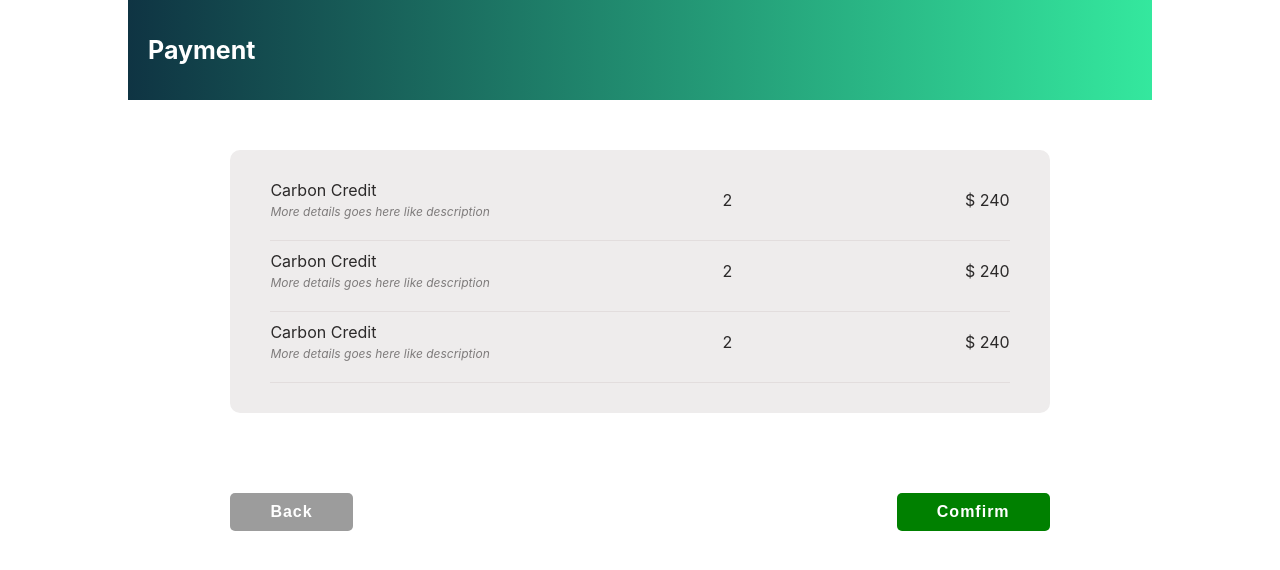
Repository: Yowani24/ecocarbon
Page: /payment
The author's editor kept a copy of each file at every save. The page is drawn from the files as they stood at one save, then again after the next save.
The browser window is 1280 px wide. The pictures show the whole page.
The project was rebuilt for these pictures with package versions that can differ from the ones it lists, and the page was loaded fresh each time. The framework's server and built-in components were replaced by stand-ins that run in the browser. Also part of the build but not shown: next.config.js.

Above is the page before, as saved 2021-09-28 16:14:36.

### pages/_app.js
import '../styles/globals.css'
import { CreditProvider } from './product/CreditList'

function MyApp({ Component, pageProps }) {
  return (
    <CreditProvider>
      <Component {...pageProps} />
    </CreditProvider>
  )
}

export default MyApp

### pages/payment/index.js
import React from 'react';
import Head from 'next/head'
import styles from './Payment.module.css'
import Link from 'next/link';


export default function Payment(props) {
    return (
       <>
        <Head>
            <title>Payment</title>
        </Head>

        <header className={styles.header}>
            <div className={styles.interface}>
                <div className={styles.header_content}>
                    <h1>Payment</h1>
                </div>
            </div>
        </header>

        <div className={styles.content}>
            <div className={styles.interface}>
                <div className={styles.list_content}>
                    <span>
                        <p>Carbon Credit <br/> <i>More details goes here like description</i></p>
                        <p>2</p>
                        <p>$ 240</p>
                    </span>

                    <span>
                        <p>Carbon Credit <br/> <i>More details goes here like description</i></p>
                        <p>2</p>
                        <p>$ 240</p>
                    </span>

                    <span>
                        <p>Carbon Credit <br/> <i>More details goes here like description</i></p>
                        <p>2</p>
                        <p>$ 240</p>
                    </span>
                </div>
            </div>
        </div>

        <div className={styles.button_box}>
            <div className={styles.interface}>
                <span>
                    <Link href="/cart" passHref><button>Back</button></Link>
                    <button>Comfirm</button>
                </span>
            </div>
        </div>
       </>
    );
}

### styles/globals.css
html,
body {
  padding: 0;
  margin: 0;
  font-family: -apple-system, BlinkMacSystemFont, Segoe UI, Roboto, Oxygen,
    Ubuntu, Cantarell, Fira Sans, Droid Sans, Helvetica Neue, sans-serif;
}

a {
  color: inherit;
  text-decoration: none;
}

* {
  margin: 0;
  box-sizing: border-box;
}

### pages/product/CreditList.js
import React, { useState, createContext } from 'react';

export const CreditList = createContext();

export const CreditProvider = (props) => {
    const [credit, setCredit] = useState([
        {
            id: '1',
            product: 'Carbon Credit',
            price: 120,
            description: 'More details goes here like description',
        },
        {
            id: '2',
            product: 'Carbon Credit',
            price: 120,
            description: 'More details about the product'
        },
        {
            id: '3',
            product: 'Carbon Credit',
            price: 120,
            description: 'More details for the items'
        },
        {
            id: '4',
            product: 'Carbon Credit',
            price: 120,
            description: 'More details to provide about carb cred',
        }

    ]);

    const [cartItems, setCartItems] = useState([]);

    const onAdd = (credit) => {
        const exist = cartItems.find((x) => x.id === credit.id);
        if(exist) {
            setCartItems(cartItems.map((x) => x.id === credit.id ? {...exist, quantity: exist.quantity + 1} : x));
        }else{
            setCartItems([...cartItems, {...credit, quantity: 1}])
        }
    }

    const onRemove = (credit) => {
        const exist = cartItems.find((x) => x.id === credit.id);
        if(exist.quantity === 1) {
            setCartItems(cartItems.filter((x) => x.id !== credit.id));
        }else{
            setCartItems(cartItems.map((x) => x.id === credit.id ? {...exist, quantity: exist.quantity - 1} : x));
        }
    }

    return (
        <CreditList.Provider value={{credits:[credit, setCredit], cartContent:[cartItems, setCartItems], onAdd: onAdd, onRemove:onRemove }}>
            {props.children}
        </CreditList.Provider>
    );
}

### pages/payment/Payment.module.css
.interface{
    width: 80%;
    margin: 0 auto;
}

@media (max-width: 780px){
    .interface{
        width: 100%;
    }
}

/* ===========================HEADER=================== */
.header_content{
    height: 100px;
    display: flex;
    align-items: center;
    padding: 0 20px;
    color: #FFFFFF;

    background: #34e89e;
    background: -webkit-linear-gradient(to right, #0f3443, #34e89e);
    background: linear-gradient(to right, #0f3443, #34e89e);
}
.header_content h1{
    font-size: 25px;
}

@media (max-width: 780px){
    .header_content{
        padding: 0 40px;
        height: 80px;
    }
}

@media (max-width: 460px){
    .header_content{
        padding: 0 20px;
        font-size: 16px;
    }
}

/* ========================LIST====================== */

.list_content{
    width: 80%;
    margin: 0 auto;
    margin-top: 50px;
    border-radius: 10px;
    padding: 20px 40px;
    background: rgb(238, 236, 236);
}
.list_content span{
    display: flex;
    justify-content: space-between;
    align-items: center;
    color: rgb(43, 41, 41);

    margin: 10px 0;
    border-bottom: 1px solid rgb(226, 221, 221);
    padding-bottom: 20px;
}
.list_content span i{
    font-size: 12px;
    color: rgb(126, 123, 123);
}

@media (max-width: 460px){
    .list_content{
        width: 90%;
        padding: 20px 20px;
    }
    .list_content span{
        font-size: 14px;
        margin: 5px 0;
        border-bottom: 1px solid rgb(226, 221, 221);
        padding-bottom: 10px;
    }
    .list_content span p:first-child{
        width: 140px;

    }
    .list_content span i{
        font-size: 8px;
    }
}

/* ================================BUTTON=================== */
.button_box{
    margin-top: 80px;
}
.button_box span{
    display: flex;
    justify-content: space-between;
    width: 80%;
    margin: 0 auto;
}
.button_box button:first-child{
    background: rgb(156, 156, 156);
}
.button_box button:first-child:hover{
    background: rgb(122, 120, 120);
}
.button_box button:first-child:active{
    background: rgb(187, 184, 184);
}

.button_box button{
    border: none;
    background: green;
    padding: 10px 40px;
    font-size: 16px;
    color: #FFFFFF;
    letter-spacing: 1px;
    border-radius: 5px;
    cursor: pointer;
    transition: .1s;
    font-weight: bold;
}

.button_box button:nth-child(2):hover{
    background: rgb(1, 92, 1);
}
.button_box button:nth-child(2):active{
    background: rgb(13, 131, 13);
}

@media (max-width: 460px){
    .button_box{
        margin-top: 50px;
    }
    .button_box span{
        width: 90%;
    }
    .button_box button{
        padding: 10px 30px;
        font-size: 14px;
    }
}

After the next save:
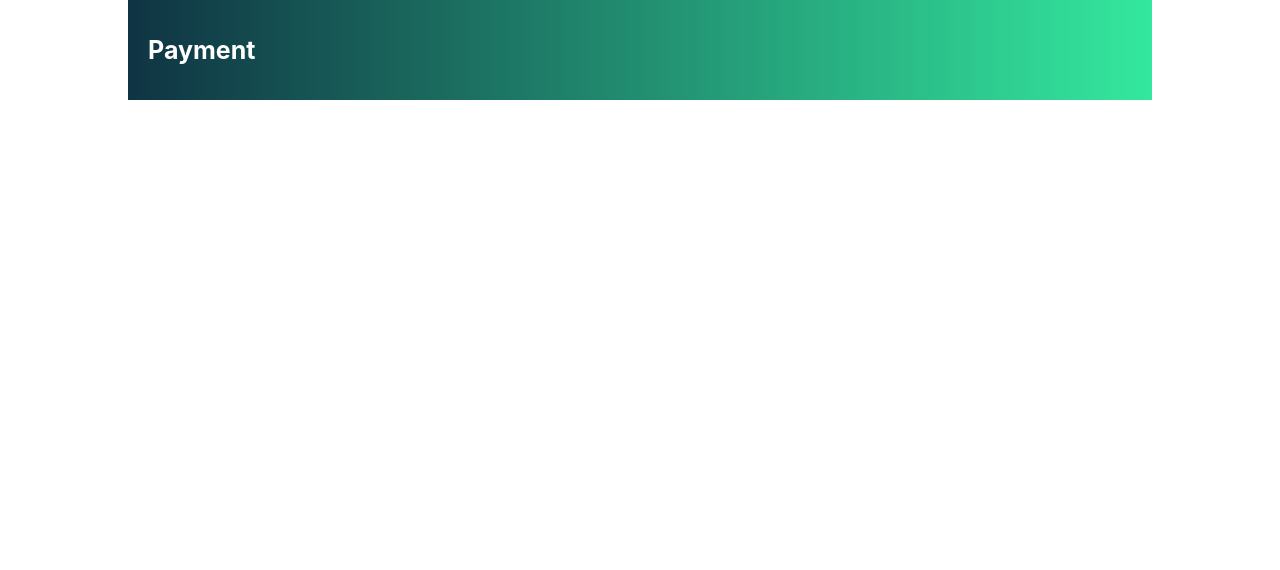
Saved 2 min 45 s later.
--- a/pages/payment/index.js
+++ b/pages/payment/index.js
@@ -19,38 +19,7 @@ export default function Payment(props) {
             </div>
         </header>
 
-        <div className={styles.content}>
-            <div className={styles.interface}>
-                <div className={styles.list_content}>
-                    <span>
-                        <p>Carbon Credit <br/> <i>More details goes here like description</i></p>
-                        <p>2</p>
-                        <p>$ 240</p>
-                    </span>
 
-                    <span>
-                        <p>Carbon Credit <br/> <i>More details goes here like description</i></p>
-                        <p>2</p>
-                        <p>$ 240</p>
-                    </span>
-
-                    <span>
-                        <p>Carbon Credit <br/> <i>More details goes here like description</i></p>
-                        <p>2</p>
-                        <p>$ 240</p>
-                    </span>
-                </div>
-            </div>
-        </div>
-
-        <div className={styles.button_box}>
-            <div className={styles.interface}>
-                <span>
-                    <Link href="/cart" passHref><button>Back</button></Link>
-                    <button>Comfirm</button>
-                </span>
-            </div>
-        </div>
        </>
     );
 }
